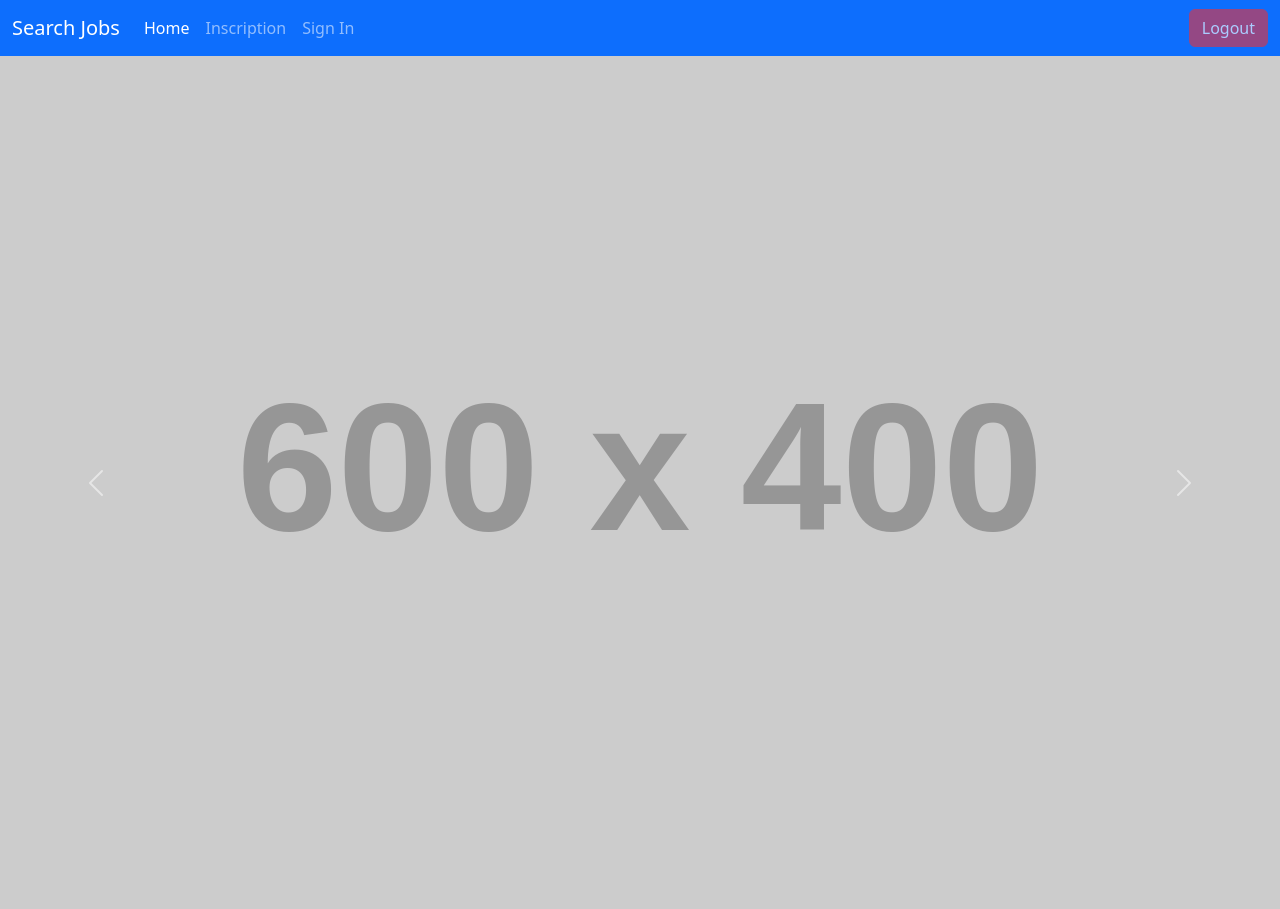
Repository: moAllElite/Examen-EJB-WEB-EAR
Page: http://localhost/SearchJobsWeb/
An editor plug-in stored every save of this project. The page is shown before and after the next save, followed by the edit.
The browser window is 1280 px wide. The pictures show the whole page.
The page is served by Tomcat 9. Nobody is signed in. The application's start-up code is not run. Other server files are loaded and not shown.

Above is the page before, as saved 2023-03-21 20:35:43.

### SearchJobsWeb/src/main/webapp/index.jsp
<%@ page language="java" contentType="text/html; charset=ISO-8859-1"
    pageEncoding="ISO-8859-1"%>
<!DOCTYPE html>
<html id="html">
<head>
<meta charset="ISO-8859-1">
		 <link href="https://cdn.jsdelivr.net/npm/bootstrap@5.3.0-alpha1/dist/css/bootstrap.min.css" rel="stylesheet" integrity="sha384-GLhlTQ8iRABdZLl6O3oVMWSktQOp6b7In1Zl3/Jr59b6EGGoI1aFkw7cmDA6j6gD" crossorigin="anonymous">
		<title>Home</title>

	</head>
	<body>
		<nav class="navbar navbar-expand-lg bg-primary" data-bs-theme="dark">
				 <div class="container-fluid">
				    <a class="navbar-brand" href="Error">Search Jobs</a>
				    <button class="navbar-toggler" type="button" data-bs-toggle="collapse" data-bs-target="#navbarText" aria-controls="navbarText" aria-expanded="false" aria-label="Toggle navigation">
				      <span class="navbar-toggler-icon"></span>
				    </button>
				    <div class="collapse navbar-collapse" id="navbarText">
				      <ul class="navbar-nav me-auto mb-2 mb-lg-0">
				        <li class="nav-item">
				          <a class="nav-link active" aria-current="page" href="Home">Home</a>
				        </li>
				        <li class="nav-item">
				          <a class="nav-link" href="Inscription">Inscription</a>
				        </li>
				        <li class="nav-item">
				          <a class="nav-link" href="Login">Sign In</a>
				        </li>
				      </ul>
				      <button class="btn btn-danger "  disabled="disabled">Logout</button>
				    </div>
				  </div>
			</nav>
				<div id="carouselExampleInterval" class="carousel slide" data-bs-ride="carousel">
			  <div class="carousel-inner">
			    <div class="carousel-item active" data-bs-interval="10000">
			      <img src="https://placehold.co/600x400" class="d-block w-100" alt="...">
			    </div>
			    <div class="carousel-item" data-bs-interval="2000">
			      <img src="https://placehold.co/600x400" class="d-block w-100" alt="...">
			    </div>
			    <div class="carousel-item">
			      <img src="https://placehold.co/600x400" class="d-block w-100" alt="...">
			    </div>
			  </div>
			  <button class="carousel-control-prev" type="button" data-bs-target="#carouselExampleInterval" data-bs-slide="prev">
			    <span class="carousel-control-prev-icon" aria-hidden="true"></span>
			    <span class="visually-hidden">Previous</span>
			  </button>
			  <button class="carousel-control-next" type="button" data-bs-target="#carouselExampleInterval" data-bs-slide="next">
			    <span class="carousel-control-next-icon" aria-hidden="true"></span>
			    <span class="visually-hidden">Next</span>
			  </button>
			</div>
		<script src="https://cdn.jsdelivr.net/npm/@popperjs/core@2.11.6/dist/umd/popper.min.js" integrity="sha384-oBqDVmMz9ATKxIep9tiCxS/Z9fNfEXiDAYTujMAeBAsjFuCZSmKbSSUnQlmh/jp3" crossorigin="anonymous"></script>
		<script src="https://cdn.jsdelivr.net/npm/bootstrap@5.3.0-alpha1/dist/js/bootstrap.min.js" integrity="sha384-mQ93GR66B00ZXjt0YO5KlohRA5SY2XofN4zfuZxLkoj1gXtW8ANNCe9d5Y3eG5eD" crossorigin="anonymous"></script>

	</body>
	</html>

After the next save:
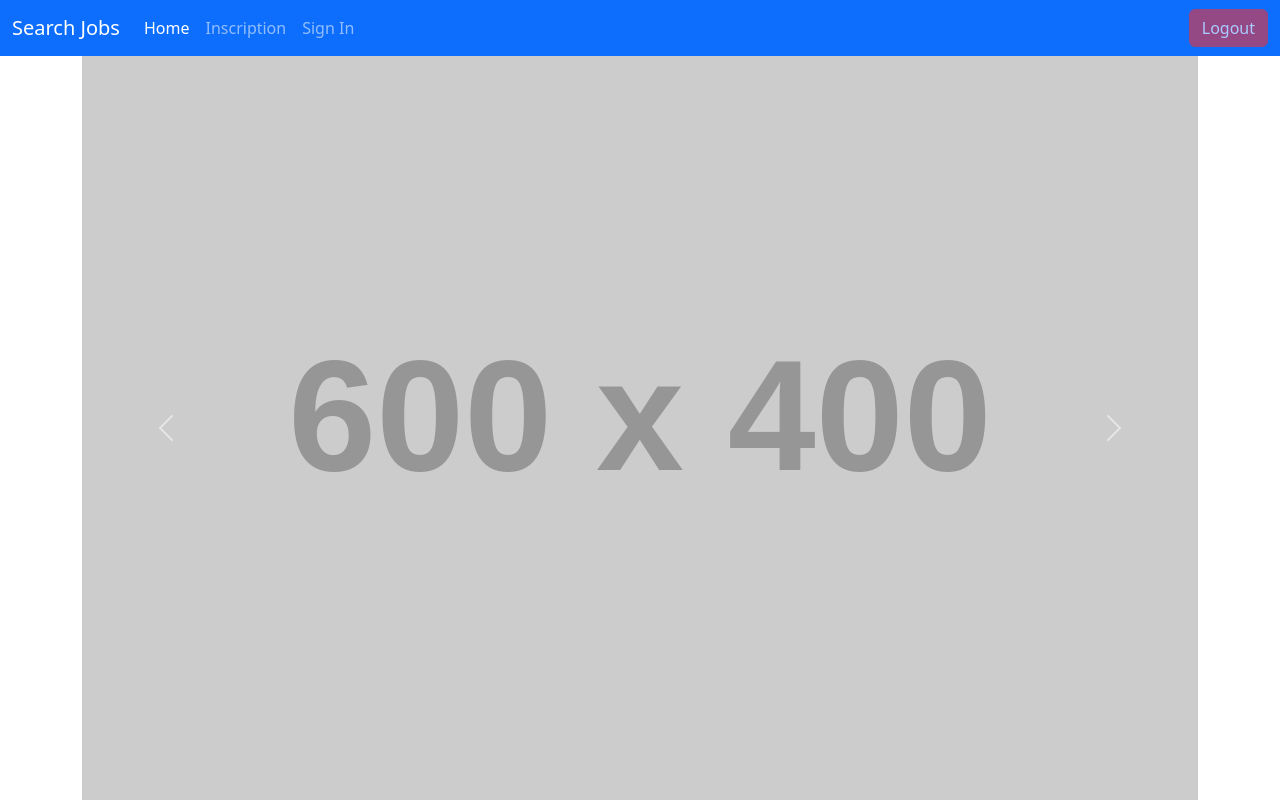
Saved 44 s later.
--- a/SearchJobsWeb/src/main/webapp/index.jsp
+++ b/SearchJobsWeb/src/main/webapp/index.jsp
@@ -31,7 +31,8 @@
 				    </div>
 				  </div>
 			</nav>
-				<div id="carouselExampleInterval" class="carousel slide" data-bs-ride="carousel">
+			<div class="container">
+					<div id="carouselExampleInterval" class="carousel slide" data-bs-ride="carousel">
 			  <div class="carousel-inner">
 			    <div class="carousel-item active" data-bs-interval="10000">
 			      <img src="https://placehold.co/600x400" class="d-block w-100" alt="...">
@@ -52,6 +53,7 @@
 			    <span class="visually-hidden">Next</span>
 			  </button>
 			</div>
+			</div>
 		<script src="https://cdn.jsdelivr.net/npm/@popperjs/core@2.11.6/dist/umd/popper.min.js" integrity="sha384-oBqDVmMz9ATKxIep9tiCxS/Z9fNfEXiDAYTujMAeBAsjFuCZSmKbSSUnQlmh/jp3" crossorigin="anonymous"></script>
 		<script src="https://cdn.jsdelivr.net/npm/bootstrap@5.3.0-alpha1/dist/js/bootstrap.min.js" integrity="sha384-mQ93GR66B00ZXjt0YO5KlohRA5SY2XofN4zfuZxLkoj1gXtW8ANNCe9d5Y3eG5eD" crossorigin="anonymous"></script>
 
